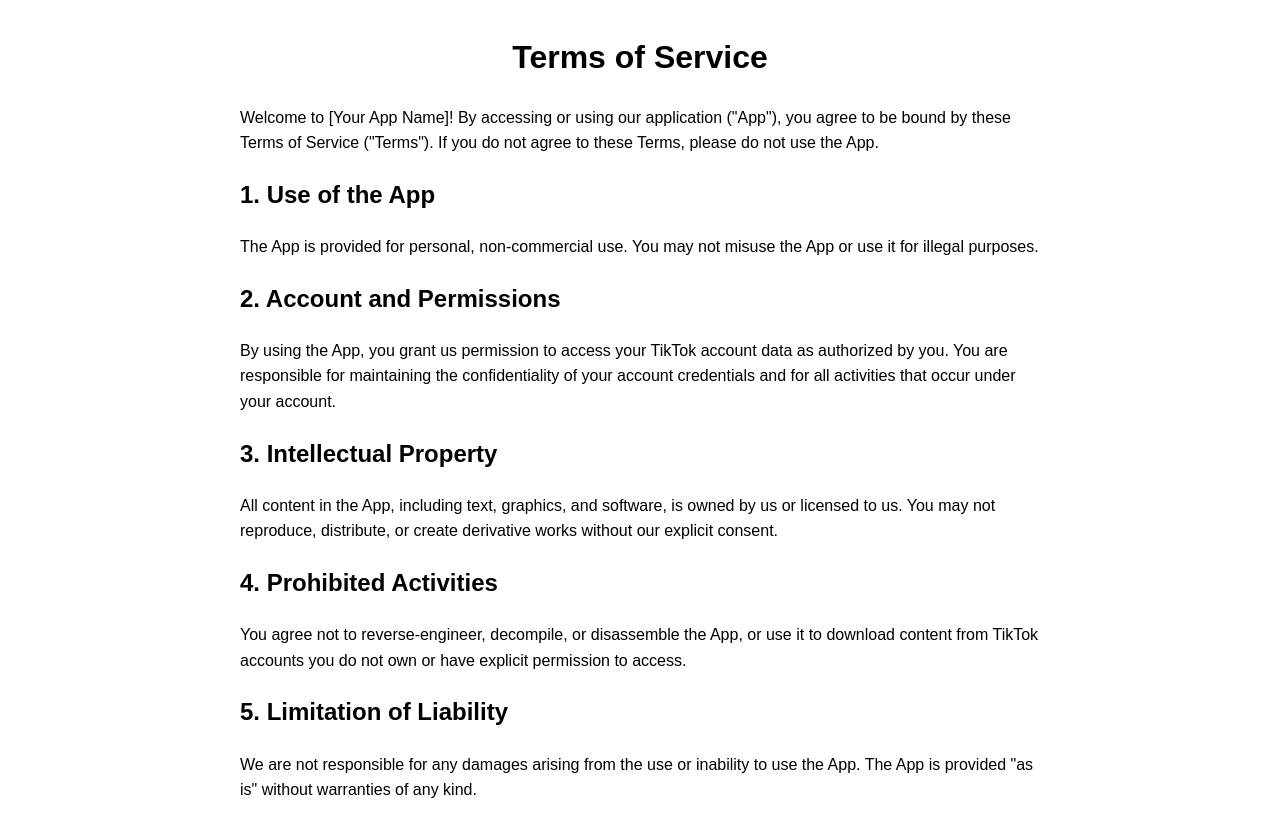
Repository: charlpcronje/tiktikrescue.online
Page: html/terms-of-service.html
The author's editor kept a copy of each file at every save. The page is drawn from the files as they stood at one save, then again after the next save.
The browser window is 1280 px wide. The pictures show the whole page.

Above is the page before, as saved 2024-12-27 22:16:42.

After the next save:
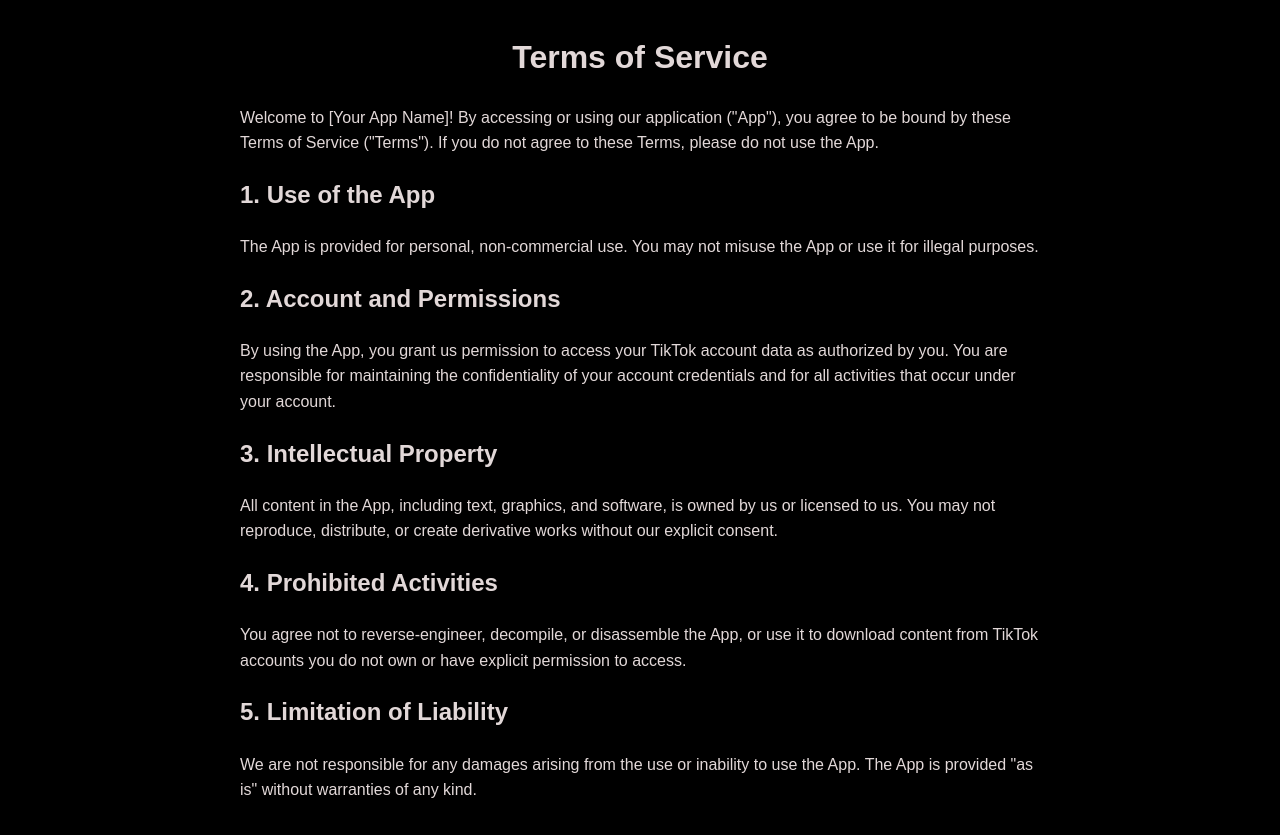
Saved 24 s later.
--- a/html/terms-of-service.html
+++ b/html/terms-of-service.html
@@ -8,8 +8,8 @@
     <style>
         body {
             font-family: Arial, sans-serif;
-            background-color: white;
-            color: black;
+            background-color: rgb(0, 0, 0);
+            color: rgb(226, 216, 216);
             margin: 2em;
             line-height: 1.6;
         }
